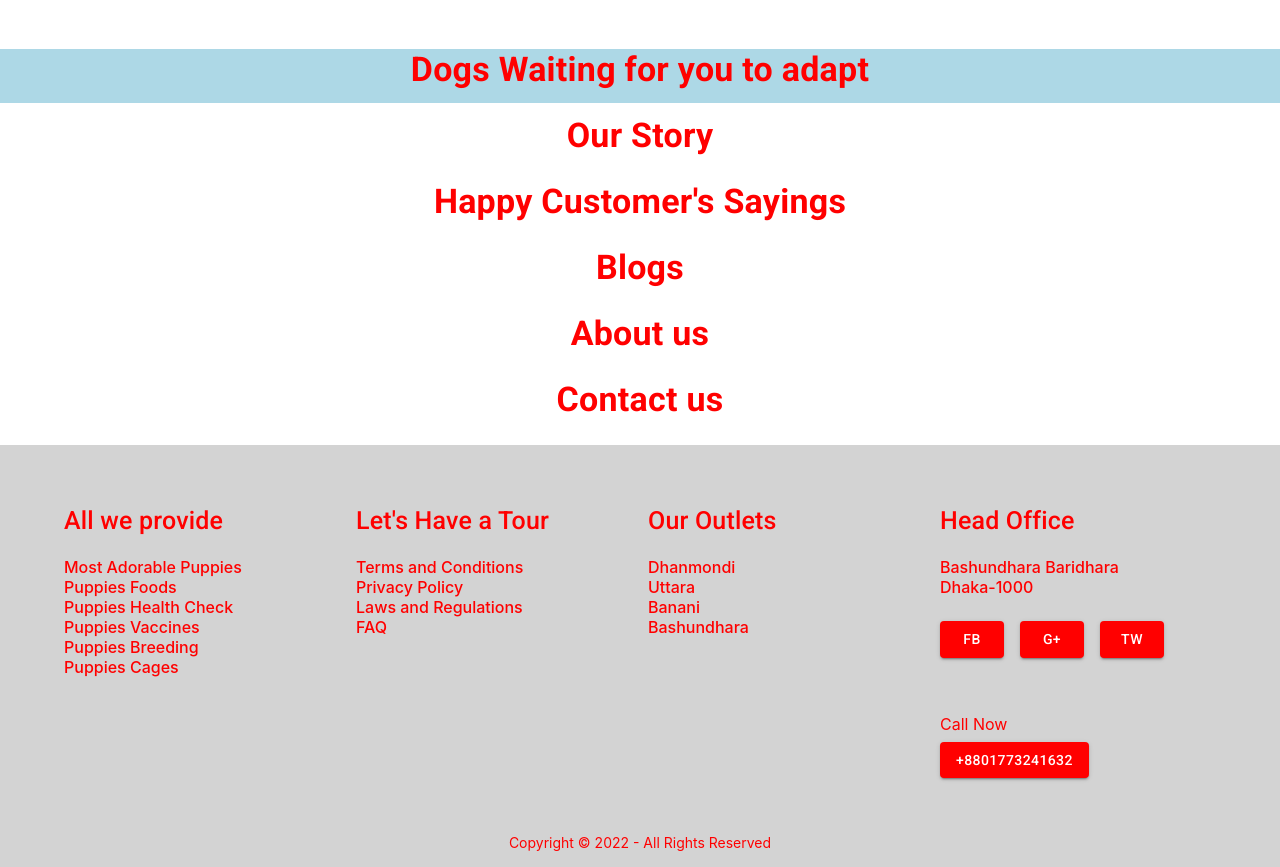
Repository: Sharif-00112/dogos-paradise-client
Page: /
These files come from the project's save history. The page is drawn as it stood at one moment and after the next save; the edit follows.
The browser window is 1280 px wide. The pictures show the part of the page from y = 1041 to 1932 px (the page is 1908 px tall before and 1932 px after).
The page's requests for data from a server got no answer. The project was rebuilt for these pictures with package versions that can differ from the ones it lists, and the page was loaded fresh each time. Some packages were replaced by stand-ins written for this rebuild. No one was signed in, and anything a server would have sent is missing. Also part of the build but not shown: src/Pages/Home/Dog/Dog.js, src/Pages/Login/Login/Login.js, src/Pages/Login/Register/Register.js, src/Pages/NotFound/NotFound.js.

Above is the page before, as saved 2022-12-02 15:50:28.

### public/index.html
<!DOCTYPE html>
<html lang="en">
  <head>
    <meta charset="utf-8" />
    <link rel="icon" href="%PUBLIC_URL%/favicon.ico" />
    <meta name="viewport" content="width=device-width, initial-scale=1" />
    <meta name="theme-color" content="#000000" />
    <meta
      name="description"
      content="Web site created using create-react-app"
    />
    <link
      rel="stylesheet" href="https://fonts.googleapis.com/css?family=Roboto:300,400,500,700&display=swap"
    />

    <link rel="apple-touch-icon" href="%PUBLIC_URL%/logo192.png" />
    <!--
      manifest.json provides metadata used when your web app is installed on a
      user's mobile device or desktop. See https://developers.google.com/web/fundamentals/web-app-manifest/
    -->
    <link rel="manifest" href="%PUBLIC_URL%/manifest.json" />
    <!--
      Notice the use of %PUBLIC_URL% in the tags above.
      It will be replaced with the URL of the `public` folder during the build.
      Only files inside the `public` folder can be referenced from the HTML.

      Unlike "/favicon.ico" or "favicon.ico", "%PUBLIC_URL%/favicon.ico" will
      work correctly both with client-side routing and a non-root public URL.
      Learn how to configure a non-root public URL by running `npm run build`.
    -->
    <title>React App</title>
  </head>
  <body>
    <noscript>You need to enable JavaScript to run this app.</noscript>
    <div id="root"></div>
    <!--
      This HTML file is a template.
      If you open it directly in the browser, you will see an empty page.

      You can add webfonts, meta tags, or analytics to this file.
      The build step will place the bundled scripts into the <body> tag.

      To begin the development, run `npm start` or `yarn start`.
      To create a production bundle, use `npm run build` or `yarn build`.
    -->
  </body>
</html>

### src/App.js
import React  from 'react';
import './App.css';
import { BrowserRouter as Router, Route, Routes} from 'react-router-dom';
import Home from './Pages/Home/Home/Home';
import Login from './Pages/Login/Login/Login';
import Register from './Pages/Login/Register/Register';
import AuthProvider from './contexts/AuthProvider/AuthProvider';
// import PrivateRoute from './Pages/Login/PrivateRoute/PrivateRoute';
import NotFound from './Pages/NotFound/NotFound';
import Contact from './Pages/Home/Contact/Contact';
import Story from './Pages/Home/Story/Story';
import CustomerReviews from './Pages/Home/CustomerReviews/CustomerReviews';
import Blogs from './Pages/Home/Blogs/Blogs';
import About from './Pages/Home/About/About';
import Dogs from './Pages/Home/Dogs/Dogs';
// import Footer from './Pages/Shared/Footer/Footer';
// import Dashboard from './Pages/Dashboard/Dashboard/Dashboard';

function App() {
  return (
    <div className="App">
      <AuthProvider>
        <Router>
          <Routes>
            <Route exact path = '/' element={<Home/>}/>
            <Route exact path = '/home' element={<Home/>}/>
            <Route exact path = '/login' element={<Login/>}/>
            <Route exact path = '/register' element={<Register/>}/>
            <Route exact path = '/contact' element={<Contact/>}/>
            <Route exact path = '/dogs' element={<Dogs/>}/>
            <Route exact path = '/story' element={<Story/>}/>
            <Route exact path = '/reviews' element={<CustomerReviews/>}/>
            <Route exact path = '/blogs' element={<Blogs/>}/>
            <Route exact path = '/about' element={<About/>}/>
            {/* <Route exact path = '/appointment' element = {
              <PrivateRoute>
                <Appointment></Appointment>
              </PrivateRoute>
            }> </Route> */}
            {/* <Route path = 'dashboard/*' element = {
              <PrivateRoute>
                <Dashboard></Dashboard>
              </PrivateRoute>
            }> </Route> */}
            <Route path = '*' element={<NotFound/>}/>
          </Routes>
          {/* <Footer></Footer> */}
        </Router>
      </AuthProvider>
    </div>
  );
}

export default App;

### src/Pages/Home/Home/Home.js
import React from 'react';
import Footer from '../../Shared/Footer/Footer';
import Navigation from '../../Shared/Navigation/Navigation';
import About from '../About/About';
import Banner from '../Banner/Banner';
import Blogs from '../Blogs/Blogs';
import Contact from '../Contact/Contact';
import CustomerReviews from '../CustomerReviews/CustomerReviews';
import Dogs from '../Dogs/Dogs';
import Story from '../Story/Story';

const Home = () => {
    return (
        <div>
            <Navigation></Navigation>
            <Banner></Banner>
            <Dogs></Dogs>
            <Story></Story>
            <CustomerReviews></CustomerReviews>
            <Blogs></Blogs>
            <About></About>
            <Contact></Contact>
            <Footer></Footer>
        </div>
    );
};

export default Home;

### src/contexts/AuthProvider/AuthProvider.js
import React from 'react';
import { createContext } from 'react';
import useFirebase from '../../hooks/useFirebase';

//step-1-context
export const AuthContext = createContext();

const AuthProvider = (props) => {
    //step-3-context
    const {children} = props;

    //step-5-context
    const allContexts = useFirebase();

    return (
        //step-2-context
        <AuthContext.Provider value={allContexts}>
            {children}
        </AuthContext.Provider>
    );
};

export default AuthProvider;

### src/Pages/Home/Contact/Contact.js
import React from 'react';
import { Typography } from '@mui/material';

const Contact = () => {
    return (
        <div>
            <Typography sx={{ m: 3, color: 'red', fontWeight: 600 }} variant="h4" component="div">
                Contact us
            </Typography>
        </div>
    );
};

export default Contact;

### src/Pages/Home/Story/Story.js
import React from 'react';
import { Typography } from '@mui/material';


const Story = () => {
    return (
        <div>
            <Typography sx={{ m: 3, color: 'red', fontWeight: 600 }} variant="h4" component="div">
                Our Story
            </Typography>
        </div>
    );
};

export default Story;

### src/Pages/Home/CustomerReviews/CustomerReviews.js
import React from 'react';
import { Typography } from '@mui/material';


const CustomerReviews = () => {
    return (
        <div>
            <Typography sx={{ m: 3, color: 'red', fontWeight: 600 }} variant="h4" component="div">
                Happy Customer's Sayings
            </Typography>
        </div>
    );
};

export default CustomerReviews;

### src/Pages/Home/Blogs/Blogs.js
import React from 'react';
import { Typography } from '@mui/material';


const Blogs = () => {
    return (
        <div>
            <Typography sx={{ m: 3, color: 'red', fontWeight: 600 }} variant="h4" component="div">
                Blogs
            </Typography>
        </div>
    );
};

export default Blogs;

### src/Pages/Home/About/About.js
import React from 'react';
import { Typography } from '@mui/material';

const About = () => {
    return (
        <div>
            <Typography sx={{ m: 3, color: 'red', fontWeight: 600 }} variant="h4" component="div">
                About us
            </Typography>
        </div>
    );
};

export default About;

### src/Pages/Home/Dogs/Dogs.js
import React, { useEffect, useState } from 'react';
import Box from '@mui/material/Box';
import Grid from '@mui/material/Unstable_Grid2';
import Typography from '@mui/material/Typography';
import { Container } from '@mui/material';
import Dog from '../Dog/Dog';

// const dogs = [
//     {
//         title: "Siberian Husky",
//         age: '13',
//         breed: 'Mixed',
//         image: 'https://i.ibb.co/VV1yxdy/dog-1.jpg',
//         price: 700,
//         description: 'Lorem ipsum dolor sit amet, consectetur adipisicing elit. Quo, magni ab. Sed aut nesciunt neque laudantium culpa sit? Possimus, id.'
//     },
//     {
//         title: "German Shepherd",
//         age: '8',
//         breed: 'Mixed',
//         image: 'https://i.ibb.co/tZcvfCd/dog-2.jpg',
//         price: 700,
//         description: 'Lorem ipsum dolor sit amet, consectetur adipisicing elit. Quo, magni ab. Sed aut nesciunt neque laudantium culpa sit? Possimus, id.'
//     },
//     {
//         title: "Golden Retriever",
//         age: '5',
//         breed: 'Mixed',
//         image: 'https://i.ibb.co/YPHDzsb/dog-3.jpg',
//         price: 700,
//         description: 'Lorem ipsum dolor sit amet, consectetur adipisicing elit. Quo, magni ab. Sed aut nesciunt neque laudantium culpa sit? Possimus, id.'
//     },
//     {
//         title: "Bulldog",
//         age: '6',
//         breed: 'Mixed',
//         image: 'https://i.ibb.co/bjty4nS/dog-4.jpg',
//         price: 700,
//         description: 'Lorem ipsum dolor sit amet, consectetur adipisicing elit. Quo, magni ab. Sed aut nesciunt neque laudantium culpa sit? Possimus, id.'
//     },
//     {
//         title: "Irish Setter",
//         age: '9',
//         breed: 'Mixed',
//         image: 'https://i.ibb.co/QPSnF0t/dog-5.jpg',
//         price: 700,
//         description: 'Lorem ipsum dolor sit amet, consectetur adipisicing elit. Quo, magni ab. Sed aut nesciunt neque laudantium culpa sit? Possimus, id.'
//     },
//     {
//         title: "Brussels Griffon",
//         age: '4',
//         breed: 'Mixed',
//         image: 'https://i.ibb.co/z5kJHB2/dog-6.jpg',
//         price: 700,
//         description: 'Lorem ipsum dolor sit amet, consectetur adipisicing elit. Quo, magni ab. Sed aut nesciunt neque laudantium culpa sit? Possimus, id.'
//     },
//     {
//         title: "Newfoundland",
//         age: '15',
//         breed: 'Mixed',
//         image: 'https://i.ibb.co/mD4CtfC/dog-7.jpg',
//         price: 700,
//         description: 'Lorem ipsum dolor sit amet, consectetur adipisicing elit. Quo, magni ab. Sed aut nesciunt neque laudantium culpa sit? Possimus, id.'
//     },
//     {
//         title: "French Bulldog",
//         age: '7',
//         breed: 'Mixed',
//         image: 'https://i.ibb.co/PCQT44S/dog-8.jpg',
//         price: 700,
//         description: 'Lorem ipsum dolor sit amet, consectetur adipisicing elit. Quo, magni ab. Sed aut nesciunt neque laudantium culpa sit? Possimus, id.'
//     },
//     {
//         title: "Beagle",
//         age: '12',
//         breed: 'Mixed',
//         image: 'https://i.ibb.co/XLvC5BW/dog-9.jpg',
//         price: 700,
//         description: 'Lorem ipsum dolor sit amet, consectetur adipisicing elit. Quo, magni ab. Sed aut nesciunt neque laudantium culpa sit? Possimus, id.'
//     },
//     {
//         title: "Poodle",
//         age: '15',
//         breed: 'Mixed',
//         image: 'https://i.ibb.co/rxMv41c/dog-10.jpg',
//         price: 700,
//         description: 'Lorem ipsum dolor sit amet, consectetur adipisicing elit. Quo, magni ab. Sed aut nesciunt neque laudantium culpa sit? Possimus, id.'
//     }
// ]

const Dogs = () => {
    const [dogs, setDogs] = useState([]);

    useEffect(() => {
        fetch('http://localhost:3005/dogs')
        .then(res => res.json())
        .then(data => setDogs(data))
    }, []);

    return (
        <div>
            <Box sx={{ flexGrow: 1, backgroundColor:"lightblue" }}>
                <Container>
                    <Typography sx={{ m: 3, color: 'red', fontWeight: 600 }} variant="h4" component="div">
                        Dogs Waiting for you to adapt
                    </Typography>

                    <Grid container spacing={{ xs: 2, md: 3 }} columns={{ xs: 4, sm: 8, md: 12 }}>
                        {
                            dogs.map(dog => (
                                <Grid xs={2} sm={4} md={4} key={dog._id}>
                                    <Dog
                                        key= {dog._id}
                                        dog = {dog}
                                    ></Dog>
                                </Grid>
                            ))
                        }
                    </Grid>
                </Container>
            </Box>
        </div>
    );
};

export default Dogs;

### src/Pages/Shared/Footer/Footer.js
import React from 'react';
import { Typography } from '@mui/material';
import { Container } from '@mui/system';
import Box from '@mui/material/Box';
import Grid from '@mui/material/Unstable_Grid2';
import { Link } from 'react-router-dom';
import { Button } from '@mui/material';


const Footer = () => {
    return (
        <div style={{ backgroundColor: 'lightgray' }}>
        <Container sx={{ py: 5, px:10 }}>
            <Box sx={{ flexGrow: 1 }}>
                <Grid container spacing={2}>
                    <Grid item style={{ textAlign: 'left'}} xs={6} md={3}>
                        <Typography sx={{ my:2, fontSize: 18, fontWeight: 600 }} style={{color: 'red', fontWeight: 500, fontSize: 25 }} variant="h6" component="div">
                            All we provide
                        </Typography>
                        <Link
                            style={{ textDecoration:'none', color: 'red', fontWeight: 500, fontSize: 16 }}
                            to = '/dogs'>
                                Most Adorable Puppies
                        </Link>
                        <br />
                        <Link
                            style={{ textDecoration:'none', color: 'red', fontWeight: 500, fontSize: 16 }}
                            to = '/foods'>
                                Puppies Foods
                        </Link>
                        <br />
                        <Link
                            style={{ textDecoration:'none', color: 'red', fontWeight: 500, fontSize: 16 }}
                            to = '/checkUp'>
                                Puppies Health Check
                        </Link>
                        <br />
                        <Link
                            style={{ textDecoration:'none', color: 'red', fontWeight: 500, fontSize: 16 }}
                            to = '/vaccine'>
                                Puppies Vaccines
                        </Link>
                        <br />
                        <Link
                            style={{ textDecoration:'none', color: 'red', fontWeight: 500, fontSize: 16 }}
                            to = '/breeding'>
                                Puppies Breeding
                        </Link>
                        <br />
                        <Link
                            style={{ textDecoration:'none', color: 'red', fontWeight: 500, fontSize: 16 }}
                            to = '/cages'>
                                Puppies Cages
                        </Link>
                    </Grid>
                    <Grid item style={{ textAlign: 'left'}} xs={6} md={3}>
                        <Typography sx={{ my:2, fontSize: 18, fontWeight: 600 }} style={{color: 'red', fontWeight: 500, fontSize: 25 }} variant="h6" component="div">
                            Let's Have a Tour
                        </Typography>
                        <Link
                            style={{ textDecoration:'none', color: 'red', fontWeight: 500, fontSize: 16 }}
                            to = '/termsAndConditions'>
                                Terms and Conditions
                        </Link>
                        <br />
                        <Link
                            style={{ textDecoration:'none', color: 'red', fontWeight: 500, fontSize: 16 }}
                            to = '/privacyPolicy'>
                                Privacy Policy
                        </Link>
                        <br />
                        <Link
                            style={{ textDecoration:'none', color: 'red', fontWeight: 500, fontSize: 16 }}
                            to = '/rulesAndRegulations'>
                                Laws and Regulations
                        </Link>
                        <br />
                        <Link
                            style={{ textDecoration:'none', color: 'red', fontWeight: 500, fontSize: 16 }}
                            to = '/faq'>
                                FAQ
                        </Link>
                    </Grid>
                    <Grid item style={{ textAlign: 'left'}} xs={6} md={3}>
                        <Typography sx={{ my:2, fontSize: 18, fontWeight: 600 }} style={{color: 'red', fontWeight: 500, fontSize: 25 }} variant="h6" component="div">
                            Our Outlets
                        </Typography>
                        <Link
                            style={{ textDecoration:'none', color: 'red', fontWeight: 500, fontSize: 16 }}
                            to = '/outlets/dhanmondi'>
                                Dhanmondi
                        </Link>
                        <br />
                        <Link
                            style={{ textDecoration:'none', color: 'red', fontWeight: 500, fontSize: 16 }}
                            to = '/outlets/uttara'>
                                Uttara
                        </Link>
                        <br />
                        <Link
                            style={{ textDecoration:'none', color: 'red', fontWeight: 500, fontSize: 16 }}
                            to = '/outlets/banani'>
                                Banani
                        </Link>
                        <br />
                        <Link
                            style={{ textDecoration:'none', color: 'red', fontWeight: 500, fontSize: 16 }}
                            to = '/outlets/bashundhara'>
                                Bashundhara
                        </Link>
                    </Grid>
                    <Grid item style={{ textAlign: 'left'}} xs={6} md={3}>
                        <Typography sx={{ my:2, fontSize: 18, fontWeight: 600 }} style={{color: 'red', fontWeight: 500, fontSize: 25 }} variant="h6" component="div">
                            Head Office
                        </Typography>
                        <Typography sx={{ fontSize: 16, fontWeight: 400 }} style={{color: 'red', fontWeight: 500, fontSize: 16 }} variant="" component="div">
                                Bashundhara Baridhara <br />
                                Dhaka-1000
                        </Typography>

                        <a href="https://www.facebook.com/" target="_blank" style={{ textDecoration:'none', color:'white' }}>
                            <Button sx={{ mt:3, mr:2 }} variant="contained" style={{backgroundColor: 'red'}}>
                                FB
                            </Button>
                        </a>
                        <a href="https://www.google.com/" target="_blank" style={{ textDecoration:'none', color:'white' }}>
                            <Button sx={{ mt:3, mr:2 }} variant="contained" style={{backgroundColor: 'red'}}>
                                G+
                            </Button>
                        </a>
                        <a href="https://twitter.com/" target="_blank" style={{ textDecoration:'none', color:'white' }}>
                            <Button sx={{ mt:3, mr:2 }} variant="contained" style={{backgroundColor: 'red'}}>
                                TW
                            </Button>
                        </a>

                        <Typography sx={{ mt:7, fontSize: 16, fontWeight: 400, color:'red' }} variant="" component="div">
                                Call Now
                        </Typography>
                        <a href="tel:+8801773241632" style={{ textDecoration:'none', color:'white' }}>
                            <Button sx={{ mt:1, mr:2 }} variant="contained" style={{backgroundColor: 'red'}}>
                                +8801773241632
                            </Button>
                        </a>
                    </Grid>
                </Grid>
            </Box>
        </Container>
        <Typography sx={{ p:2, fontSize: 14, fontWeight: 400, color: 'red' }} variant="" component="div">
            Copyright &copy; 2022 - All Rights Reserved
        </Typography>
    </div>
    );
};

export default Footer;

### src/Pages/Home/Banner/Banner.js
import React from 'react';
import { Typography } from '@mui/material';

const Banner = () => {
    return (
        <div>
            {/* <Typography sx={{ m: 3, color: 'red', fontWeight: 600 }} variant="h4" component="div">
                Head Banner
            </Typography> */}
            <img style={{ width: '100%'}} src="https://i.ibb.co/Mnn0NX3/dog-cover-1.jpg" alt="dog-human playing" />
            <Typography sx={{ mt: -30, mb:20, color: 'red', fontWeight: 700 }} variant="h4" component="div">
                Dogs are not only pets;
                <br /> <br />
                They are "L O V E"
            </Typography>
        </div>
    );
};

export default Banner;

### src/hooks/useAuth.js
//step-6-context

import { useContext } from "react"
import { AuthContext } from "../../src/contexts/AuthProvider/AuthProvider"

const useAuth = () =>{
    return useContext(AuthContext);
}

export default useAuth;

### src/Pages/Login/Firebase/firebase.initialize.js
import { initializeApp } from "firebase/app";
import firebaseConfig from "./firebase.config";

const initializeAuthentication = () =>{
    initializeApp(firebaseConfig);
}

export default initializeAuthentication;

### src/Pages/Login/Firebase/firebase.config.js
// console.log(process.env);

const firebaseConfig = {
  apiKey: process.env.REACT_APP_FIREBASE_API_KEY,
  authDomain: process.env.REACT_APP_FIREBASE_AUTH_DOMAIN,
  projectId: process.env.REACT_APP_FIREBASE_PROJECT_ID,
  storageBucket: process.env.REACT_APP_FIREBASE_STORAGE_BUCKET,
  messagingSenderId: process.env.REACT_APP_FIREBASE_MESSAGING_SENDER_ID,
  appId: process.env.REACT_APP_FIREBASE_APP_ID,
  measurementId: process.env.REACT_APP_FIREBASE_MEASUREMENT_ID
};

export default firebaseConfig;

// .env.local
// REACT_APP_FIREBASE_API_KEY=AIzaSyCGaQ8G2l5KeOKX4bAJ7MC19oWW_2vnTNQ
// REACT_APP_FIREBASE_AUTH_DOMAIN=dogos-paradise.firebaseapp.com
// REACT_APP_FIREBASE_PROJECT_ID=dogos-paradise
// REACT_APP_FIREBASE_STORAGE_BUCKET=dogos-paradise.appspot.com
// REACT_APP_FIREBASE_MESSAGING_SENDER_ID=824394057307
// REACT_APP_FIREBASE_APP_ID=1:824394057307:web:727ac0c86627b9544a617e
// REACT_APP_FIREBASE_MEASUREMENT_ID=G-DL8JJ6MYSD

// const firebaseConfig = {
  // apiKey: "AIzaSyCGaQ8G2l5KeOKX4bAJ7MC19oWW_2vnTNQ",
  // authDomain: "dogos-paradise.firebaseapp.com",
  // projectId: "dogos-paradise",
  // storageBucket: "dogos-paradise.appspot.com",
  // messagingSenderId: "824394057307",
  // appId: "1:824394057307:web:727ac0c86627b9544a617e",
  // measurementId: "G-DL8JJ6MYSD"
// };

Loaded but not shown: src/index.js (common file); src/index.css (common file); src/reportWebVitals.js (common file); src/App.css (common file); src/Pages/Shared/Navigation/Navigation.js (229 lines, source omitted); src/hooks/useFirebase.js (273 lines, source omitted)

After the next save:
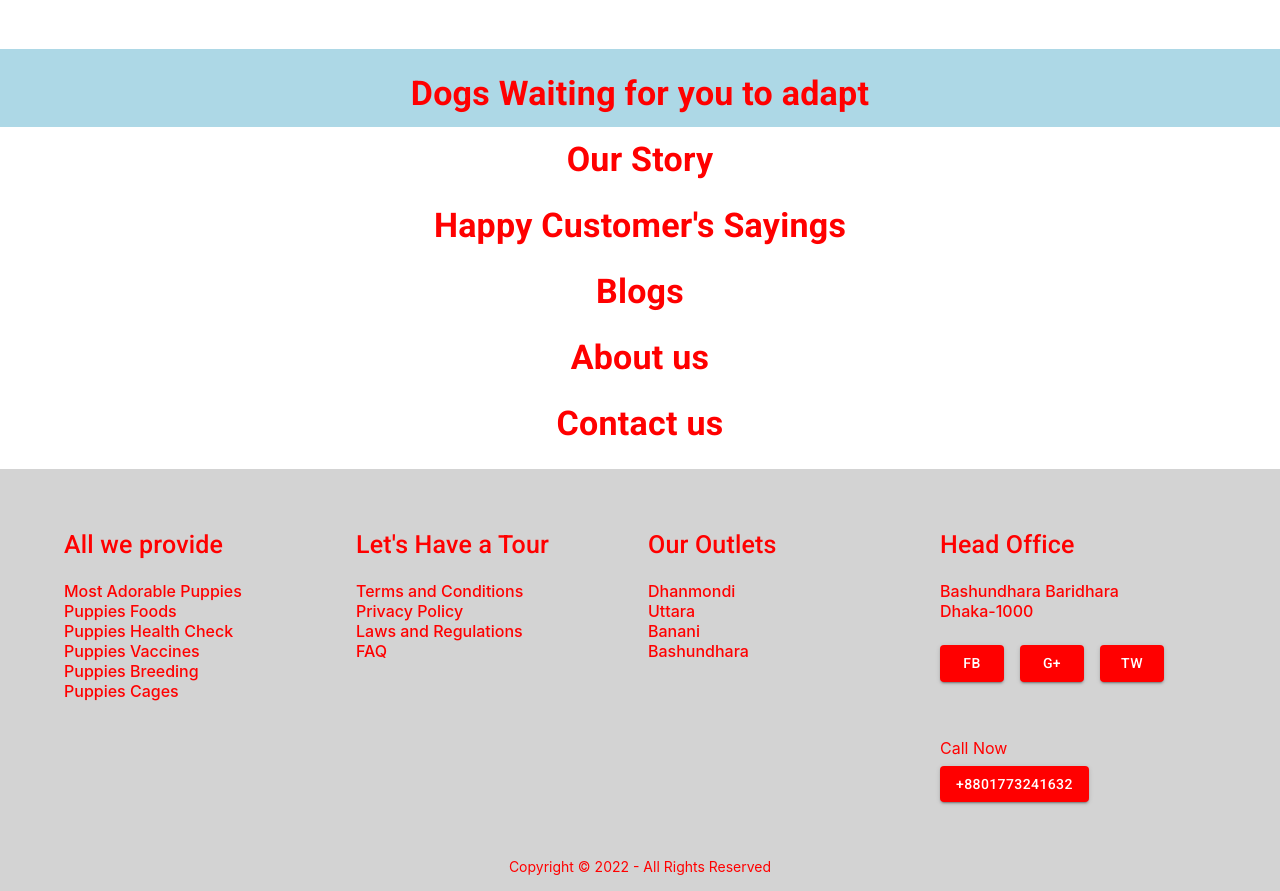
Saved 13 s later.
--- a/src/Pages/Home/Dogs/Dogs.js
+++ b/src/Pages/Home/Dogs/Dogs.js
@@ -101,7 +101,7 @@ const Dogs = () => {
         <div>
             <Box sx={{ flexGrow: 1, backgroundColor:"lightblue" }}>
                 <Container>
-                    <Typography sx={{ m: 3, color: 'red', fontWeight: 600 }} variant="h4" component="div">
+                    <Typography sx={{ p: 3, color: 'red', fontWeight: 600 }} variant="h4" component="div">
                         Dogs Waiting for you to adapt
                     </Typography>
 
